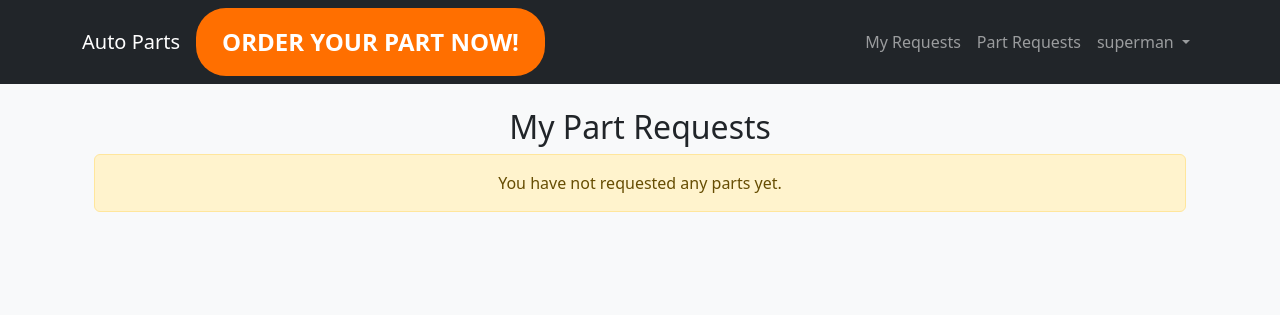
Repository: Jijiluzana225/onlineparts
Page: http://localhost/my-part-requests/
These files come from the project's save history. The page is drawn as it stood at one moment and after the next save; the edit follows.
The browser window is 1280 px wide. The pictures show the whole page.
The page is served by the project's application, run on Django 5.2 (manage.py). The first stored user is signed in. The page reads the database file committed with the project.

Above is the page before, as saved 2025-02-19 15:27:06.

After the next save:
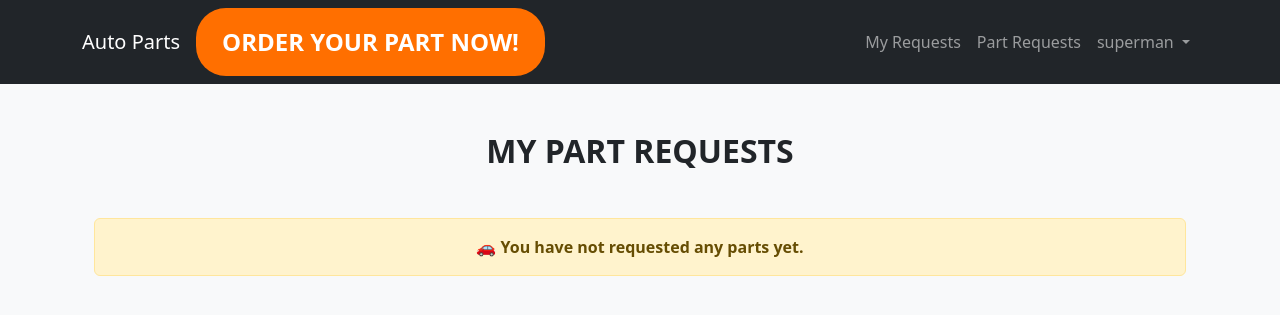
Saved 2 min 40 s later.
--- a/orders/templates/orders/my_part_requests.html
+++ b/orders/templates/orders/my_part_requests.html
@@ -1,66 +1,77 @@
 {% extends 'orders/landing.html' %}
 
 {% block content %}
-<div class="container mt-4">
-    <h2 class="text-center">My Part Requests</h2>
+<div class="container mt-5">
+    <h2 class="text-center text-uppercase fw-bold">My Part Requests</h2>
 
     {% for request in part_requests %}
-    <div class="card mt-3 shadow-sm">
-        <div class="card-header bg-primary text-white">
-            <h5>{{ request.part_name }} ({{ request.brand }})</h5>
-            <span class="badge bg-info">{{ request.status }}</span>
+    <div class="card mt-4 shadow-lg border-0">
+        <div class="card-header bg-gradient text-white" style="background: linear-gradient(45deg, #007bff, #6610f2);">
+            <h5 class="mb-0 fw-bold">{{ request.part_name }} ({{ request.brand }})</h5>
+            <span class="badge {% if request.status == 'Open' %}bg-success{% else %}bg-danger{% endif %} px-3 py-2 fs-6">
+                {{ request.status }}
+            </span>
         </div>
-        <div class="card-body">
-            <p><strong>Car Model:</strong> {{ request.car_model }} ({{ request.year }})</p>
-            <p><strong>Condition:</strong>
-                {% if request.brand_new %} Brand New {% endif %}
-                {% if request.used %} Used {% endif %}
+        <div class="card-body p-4">
+            <p class="mb-2"><strong>Car Model:</strong> {{ request.car_model }} ({{ request.year }})</p>
+            <p class="mb-2"><strong>Condition:</strong>
+                {% if request.brand_new %} <span class="badge bg-info text-dark px-2 py-1">Brand New</span> {% endif %}
+                {% if request.used %} <span class="badge bg-warning text-dark px-2 py-1">Used</span> {% endif %}
             </p>
-            <p><strong>Description:</strong> {{ request.description }}</p>
-            <p><strong>Requested On:</strong> {{ request.created_at|date:"F d, Y H:i" }}</p>
+            <p class="mb-2"><strong>Description:</strong> {{ request.description }}</p>
+            <p class="mb-2"><strong>Requested On:</strong> {{ request.created_at|date:"F d, Y H:i" }}</p>
 
             <!-- Display Bids for this Request -->
-            <h6 class="mt-3">Bids Received:</h6>
+            <h5 class="mt-4">Bids Received:</h5>
             {% if request.bids.all %}
-            <table class="table table-bordered">
-                <thead class="table-dark">
-                    <tr>
-                        <th>Store</th>
-                        <th>Price</th>
-                        <th>Notes</th>
-                        <th>Images</th>
-                        <th>Action</th>
-                    </tr>
-                </thead>
-                <tbody>
-                    {% for bid in request.bids.all %}
-                    <tr>
-                        <td>{{ bid.store.username }}</td>
-                        <td>{{ bid.price }}</td>
-                        <td>{{ bid.notes }}</td>
-                        <td>
-                            {% if bid.image1 %}
-                                <img src="{{ bid.image1.url }}" class="img-thumbnail" style="width: 100px;">
-                            {% endif %}
-                            {% if bid.image2 %}
-                                <img src="{{ bid.image2.url }}" class="img-thumbnail" style="width: 100px;">
-                            {% endif %}
-                        </td>
-                        <td>
-
-                            <a href="{% url 'bid_detail' bid.id %}" class="btn btn-sm btn-info">View</a>
-                        </td>
-                    </tr>
-                    {% endfor %}
-                </tbody>
-            </table>
+            <div class="table-responsive">
+                <table class="table table-hover align-middle mt-3">
+                    <thead class="table-dark">
+                        <tr>
+                            <th>Store</th>
+                            <th>Price</th>
+                            <th>Notes</th>
+                            <th>Images</th>
+                            <th>Action</th>
+                        </tr>
+                    </thead>
+                    <tbody>
+                        {% for bid in request.bids.all %}
+                        <tr class="table-light">
+                            <td class="fw-bold text-primary">{{ bid.store.username }}</td>
+                            <td class="fw-bold text-success">${{ bid.price }}</td>
+                            <td class="text-muted">{{ bid.notes }}</td>
+                            <td>
+                                {% if bid.image1 %}
+                                    <a href="{{ bid.image1.url }}" target="_blank">
+                                        <img src="{{ bid.image1.url }}" class="img-thumbnail rounded shadow-sm" style="width: 80px;">
+                                    </a>
+                                {% endif %}
+                                {% if bid.image2 %}
+                                    <a href="{{ bid.image2.url }}" target="_blank">
+                                        <img src="{{ bid.image2.url }}" class="img-thumbnail rounded shadow-sm" style="width: 80px;">
+                                    </a>
+                                {% endif %}
+                            </td>
+                            <td>
+                                <a href="{% url 'bid_detail' bid.id %}" class="btn btn-info btn-sm text-white fw-bold">
+                                    View Details
+                                </a>
+                            </td>
+                        </tr>
+                        {% endfor %}
+                    </tbody>
+                </table>
+            </div>
             {% else %}
-            <p class="text-muted">No bids received yet.</p>
+            <p class="text-muted text-center">No bids received yet.</p>
             {% endif %}
         </div>
     </div>
 {% empty %}
-    <div class="alert alert-warning text-center">You have not requested any parts yet.</div>
+    <div class="alert alert-warning text-center mt-5 fw-bold">
+        🚗 You have not requested any parts yet.
+    </div>
 {% endfor %}
 
 </div>
